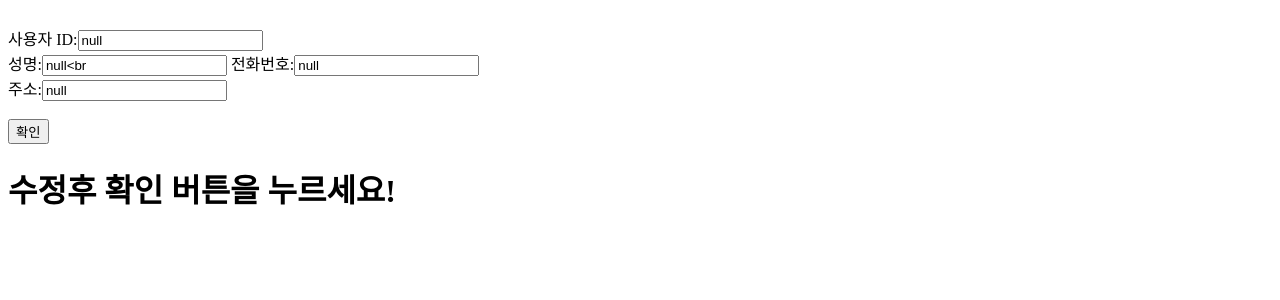
Repository: chanhooop/JSP
Page: http://localhost/CRUD/purchaserUpdate_04.jsp
The author's editor kept a copy of each file at every save. The page is drawn from the files as they stood at one save, then again after the next save.
The browser window is 1280 px wide. The pictures show the whole page.
The page is served by Tomcat 9.

Above is the page before, as saved 2021-05-11 07:02:51.

### CRUD/src/main/webapp/purchaserUpdate_04.jsp
<%@ page language="java" contentType="text/html; charset=UTF-8"
    pageEncoding="UTF-8"%>
<!DOCTYPE html>
<html>
<head>
<meta charset="UTF-8">
<title>Insert title here</title>
</head>
<body>



	<form action="purchaserUpdae_03.jsp" method="post"> <br>
		사용자 ID:<input type="text" name="userid" value=<%=session.getAttribute("USERID") %>><br>
		성명:<input type="text" name="name" value=<%= session.getAttribute("NAME")%><br>
		전화번호:<input type="text" name="tel" value=<%= session.getAttribute("TEL")%>><br>
		주소:<input type="text" name="address" value=<%= session.getAttribute("ADDRESS")%>><br><br>
		<input type="submit" value="확인">
	<h1>수정후 확인 버튼을 누르세요!</h1>
	</form>
</body>
</html>

After the next save:
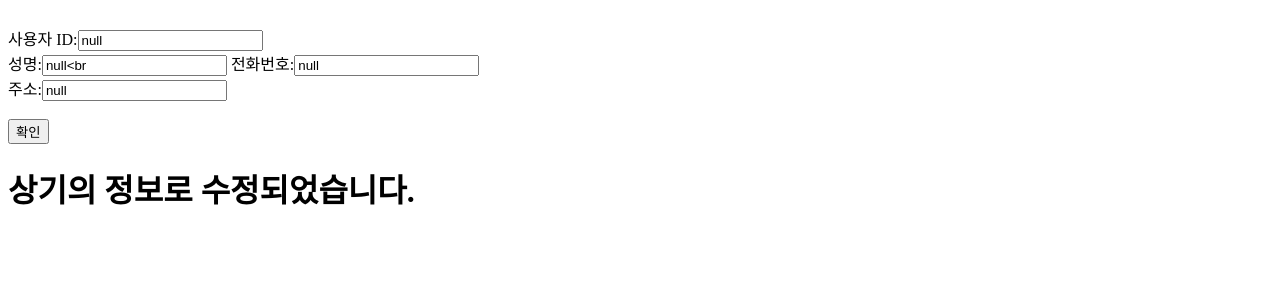
Saved 34 s later.
--- a/CRUD/src/main/webapp/purchaserUpdate_04.jsp
+++ b/CRUD/src/main/webapp/purchaserUpdate_04.jsp
@@ -16,7 +16,8 @@
 		전화번호:<input type="text" name="tel" value=<%= session.getAttribute("TEL")%>><br>
 		주소:<input type="text" name="address" value=<%= session.getAttribute("ADDRESS")%>><br><br>
 		<input type="submit" value="확인">
-	<h1>수정후 확인 버튼을 누르세요!</h1>
+	<h1>상기의 정보로 수정되었습니다.</h1>
 	</form>
+
 </body>
 </html>
